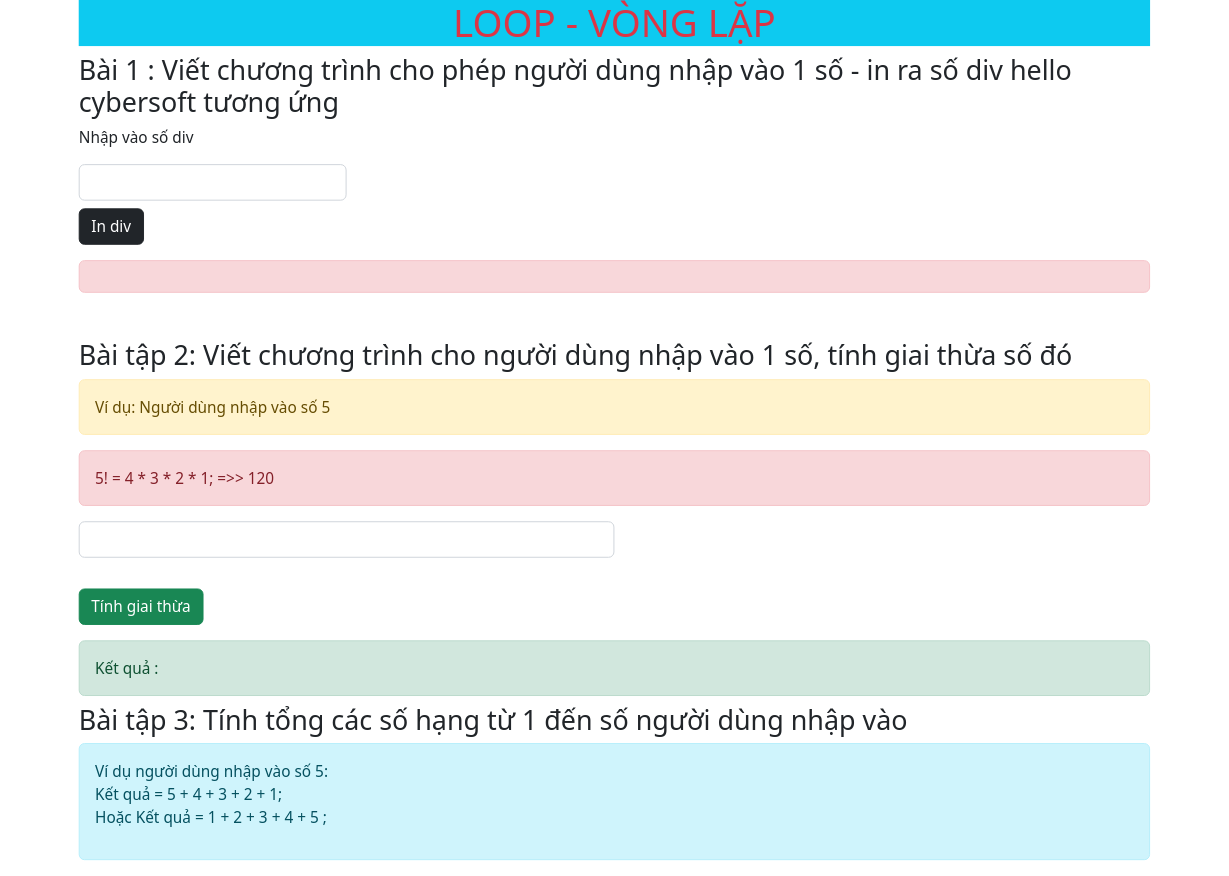
Repository: hcozyph/cyberSoft_JS_fulldocs
Page: JS_6_LOOP/index.html
The author's editor kept a copy of each file at every save. The page is drawn from the files as they stood at one save, then again after the next save.
The browser window is 1280 px wide. The pictures show the whole page, at 96% of full size.

Above is the page before, as saved 2023-02-08 20:40:26.

After the next save:
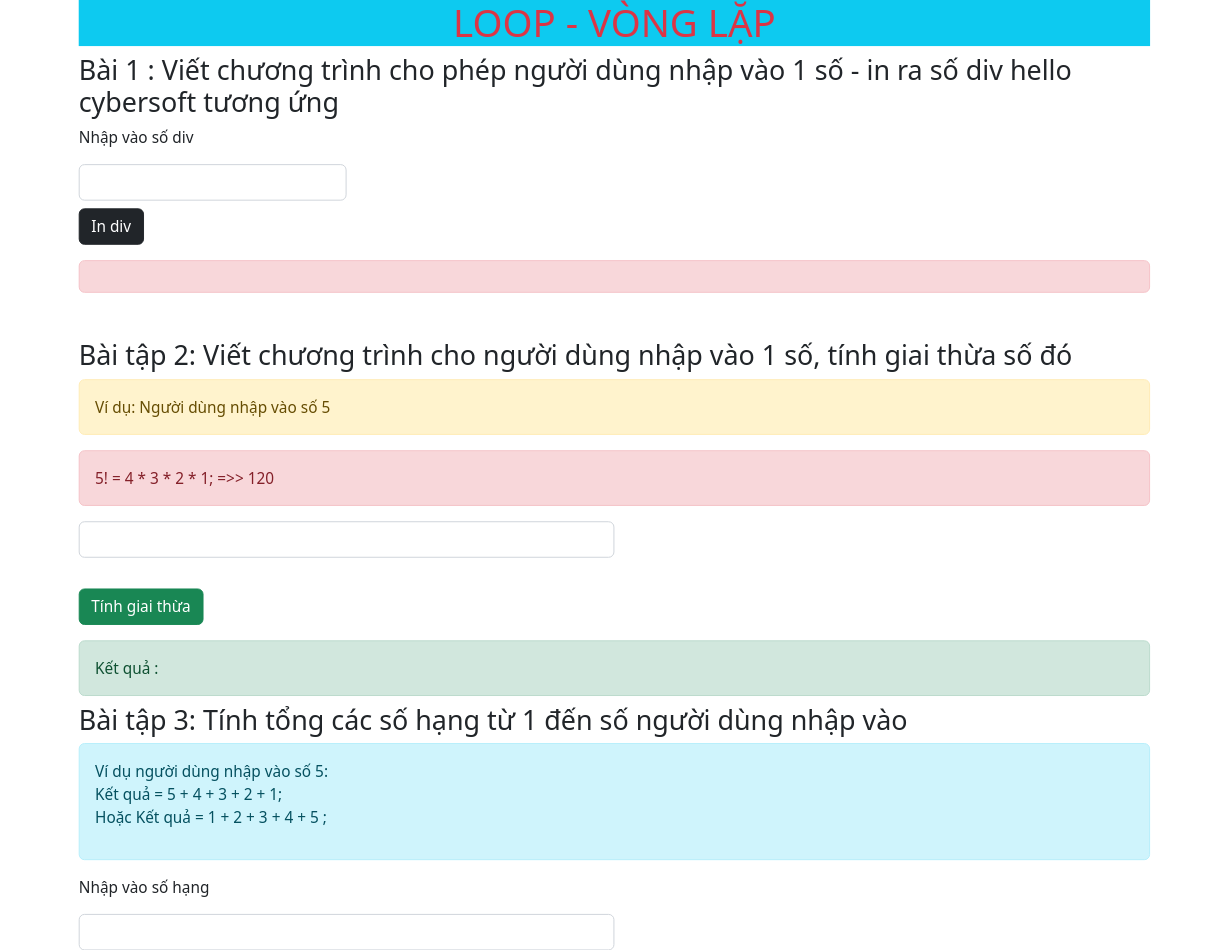
Saved 76 s later.
--- a/JS_6_LOOP/index.html
+++ b/JS_6_LOOP/index.html
@@ -81,6 +81,11 @@
                 </p>
             </div>
 
+            <div class="form-group">
+                <p>Nhập vào số hạng</p>
+                <input type="text" class="form-control w-50 d-inline-block" id="input-soHang">
+            </div>
+
 
 
 
